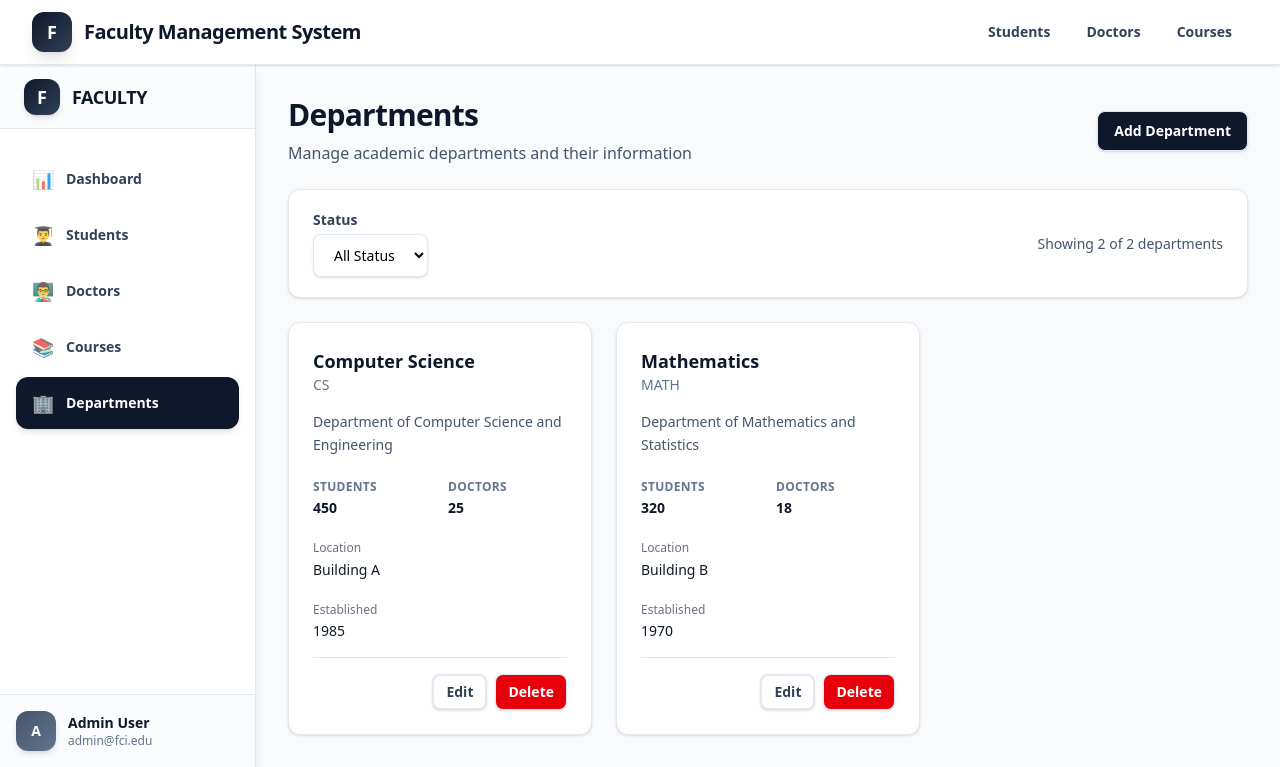
Repository: Mohamedmohsen179/Advanced-DB-Task
Page: /departments (app in frontend/)
An editor plug-in stored every save of this project. The page is shown before and after the next save, followed by the edit.
The browser window is 1280 px wide. The pictures show the whole page.
The page's requests for data from a server got no answer. The project was rebuilt for these pictures with package versions that can differ from the ones it lists, and the page was loaded fresh each time. The framework's server and built-in components were replaced by stand-ins that run in the browser. No one was signed in, and anything a server would have sent is missing. Also part of the build but not shown: frontend/next.config.ts.

Above is the page before, as saved 2025-11-29 01:56:27.

### frontend/app/layout.tsx
import type { Metadata } from "next";
import { Geist, Geist_Mono } from "next/font/google";
import "./globals.css";
import MainLayout from "../components/layout/MainLayout";

const geistSans = Geist({
  variable: "--font-geist-sans",
  subsets: ["latin"],
});

const geistMono = Geist_Mono({
  variable: "--font-geist-mono",
  subsets: ["latin"],
});

export const metadata: Metadata = {
  title: "University Management System",
  description: "A comprehensive university management system built with Next.js and TypeScript",
};

export default function RootLayout({
  children,
}: Readonly<{
  children: React.ReactNode;
}>) {
  return (
    <html lang="en">
      <body
        className={`${geistSans.variable} ${geistMono.variable} antialiased`}
      >
        <MainLayout>{children}</MainLayout>
      </body>
    </html>
  );
}

### frontend/app/departments/page.tsx
import DepartmentsContainer from '../../containers/DepartmentsContainer';

export default function DepartmentsPage() {
  return <DepartmentsContainer />;
}

### frontend/app/globals.css
@import "tailwindcss";

:root {
  --background: #fafafa;
  --foreground: #0f172a;
  --primary: #2563eb;
  --primary-foreground: #ffffff;
  --secondary: #f1f5f9;
  --secondary-foreground: #334155;
  --muted: #f8fafc;
  --muted-foreground: #64748b;
  --accent: #f1f5f9;
  --accent-foreground: #0f172a;
  --border: #e2e8f0;
  --input: #ffffff;
  --ring: #2563eb;
  --radius: 0.5rem;
}

@theme inline {
  --color-background: var(--background);
  --color-foreground: var(--foreground);
  --font-sans: var(--font-geist-sans);
  --font-mono: var(--font-geist-mono);
}

@media (prefers-color-scheme: dark) {
  :root {
    --background: #020617;
    --foreground: #f8fafc;
    --primary: #3b82f6;
    --primary-foreground: #f8fafc;
    --secondary: #1e293b;
    --secondary-foreground: #f8fafc;
    --muted: #1e293b;
    --muted-foreground: #94a3b8;
    --accent: #1e293b;
    --accent-foreground: #f8fafc;
    --border: #334155;
    --input: #1e293b;
    --ring: #3b82f6;
  }
}

* {
  border-color: var(--border);
}

body {
  background: var(--background);
  color: var(--foreground);
  font-family: var(--font-sans), system-ui, -apple-system, sans-serif;
  line-height: 1.6;
  -webkit-font-smoothing: antialiased;
  -moz-osx-font-smoothing: grayscale;
}

::-webkit-scrollbar {
  width: 8px;
  height: 8px;
}

::-webkit-scrollbar-track {
  background: var(--muted);
}

::-webkit-scrollbar-thumb {
  background: var(--muted-foreground);
  border-radius: 4px;
}

::-webkit-scrollbar-thumb:hover {
  background: var(--foreground);
}

/* Focus styles */
.focus-visible {
  outline: 2px solid var(--ring);
  outline-offset: 2px;
}

/* Professional shadows */
.shadow-professional {
  box-shadow: 0 1px 3px 0 rgb(0 0 0 / 0.1), 0 1px 2px -1px rgb(0 0 0 / 0.1);
}

.shadow-professional-lg {
  box-shadow: 0 10px 15px -3px rgb(0 0 0 / 0.1), 0 4px 6px -4px rgb(0 0 0 / 0.1);
}

### frontend/components/layout/MainLayout.tsx
'use client';

import { useState } from 'react';
import Navbar from './Navbar';
import Sidebar from './Sidebar';

interface MainLayoutProps {
  children: React.ReactNode;
}

export default function MainLayout({ children }: MainLayoutProps) {
  const [sidebarOpen, setSidebarOpen] = useState(false);

  return (
    <div className="min-h-screen bg-slate-50">
      <Navbar />

      <div className="flex">
        <Sidebar
          isOpen={sidebarOpen}
          onClose={() => setSidebarOpen(false)}
        />

        <div className="flex-1 lg:ml-0">
          <div className="lg:hidden">
            <button
              onClick={() => setSidebarOpen(true)}
              className="fixed top-20 left-4 z-10 bg-white p-3 rounded-xl shadow-professional border border-slate-200 hover:shadow-professional-lg transition-all duration-200"
            >
              <svg className="w-5 h-5 text-slate-600" fill="none" stroke="currentColor" viewBox="0 0 24 24">
                <path strokeLinecap="round" strokeLinejoin="round" strokeWidth={2} d="M4 6h16M4 12h16M4 18h16" />
              </svg>
            </button>
          </div>

          <main className="p-6 lg:p-8">
            <div className="max-w-7xl mx-auto">
              {children}
            </div>
          </main>
        </div>
      </div>
    </div>
  );
}

### frontend/components/layout/Navbar.tsx
'use client';

import Link from 'next/link';
import { useState } from 'react';

export default function Navbar() {
  const [isMenuOpen, setIsMenuOpen] = useState(false);

  return (
    <nav className="bg-white shadow-professional border-b border-slate-200 sticky top-0 z-50 backdrop-blur-sm bg-white">
      <div className="max-w-7xl mx-auto px-4 sm:px-6 lg:px-8">
        <div className="flex justify-between h-16">
          <div className="flex items-center">
            <Link href="/" className="flex-shrink-0 flex items-center group">
              <div className="h-10 w-10 bg-gradient-to-br from-slate-900 to-slate-700 rounded-xl flex items-center justify-center shadow-lg group-hover:shadow-xl transition-all duration-200">
                <span className="text-white font-bold text-lg">F</span>
              </div>
              <span className="ml-3 text-xl font-bold text-slate-900 tracking-tight">
                Faculty Management System
              </span>
            </Link>
          </div>

          <div className="hidden md:flex items-center space-x-1">
            <Link
              href="/students"
              className="text-slate-700 hover:text-slate-900 hover:bg-slate-100 px-4 py-2.5 rounded-lg text-sm font-semibold transition-all duration-200"
            >
              Students
            </Link>

            <Link
              href="/doctors"
              className="text-slate-700 hover:text-slate-900 hover:bg-slate-100 px-4 py-2.5 rounded-lg text-sm font-semibold transition-all duration-200"
            >
              Doctors
            </Link>
            <Link
              href="/courses"
              className="text-slate-700 hover:text-slate-900 hover:bg-slate-100 px-4 py-2.5 rounded-lg text-sm font-semibold transition-all duration-200"
            >
              Courses
            </Link>
          </div>

          {/* Mobile menu button */}
          <div className="md:hidden flex items-center">
            <button
              onClick={() => setIsMenuOpen(!isMenuOpen)}
              className="text-slate-700 hover:text-slate-900 hover:bg-slate-100 p-2 rounded-lg focus:outline-none focus:ring-2 focus:ring-slate-500 transition-all duration-200"
            >
              <svg className="h-6 w-6" fill="none" viewBox="0 0 24 24" stroke="currentColor">
                {isMenuOpen ? (
                  <path strokeLinecap="round" strokeLinejoin="round" strokeWidth={2} d="M6 18L18 6M6 6l12 12" />
                ) : (
                  <path strokeLinecap="round" strokeLinejoin="round" strokeWidth={2} d="M4 6h16M4 12h16M4 18h16" />
                )}
              </svg>
            </button>
          </div>
        </div>

        {/* Mobile Navigation */}
        {isMenuOpen && (
          <div className="md:hidden">
            <div className="px-4 pt-4 pb-4 space-y-2 border-t border-slate-200 bg-slate-50/50">
              <Link
                href="/students"
                className="text-slate-700 hover:text-slate-900 hover:bg-white block px-4 py-3 rounded-lg text-base font-semibold transition-all duration-200"
                onClick={() => setIsMenuOpen(false)}
              >
                Students
              </Link>
              <Link
                href="/doctors"
                className="text-slate-700 hover:text-slate-900 hover:bg-white block px-4 py-3 rounded-lg text-base font-semibold transition-all duration-200"
                onClick={() => setIsMenuOpen(false)}
              >
                Doctors
              </Link>
              <Link
                href="/courses"
                className="text-slate-700 hover:text-slate-900 hover:bg-white block px-4 py-3 rounded-lg text-base font-semibold transition-all duration-200"
                onClick={() => setIsMenuOpen(false)}
              >
                Courses
              </Link>

            </div>
          </div>
        )}
      </div>
    </nav>
  );
}

### frontend/components/layout/Sidebar.tsx
'use client';

import Link from 'next/link';
import { usePathname } from 'next/navigation';
import { NavItem } from '../../types';

const navigationItems: NavItem[] = [
  {
    label: 'Dashboard',
    href: '/',
    icon: '📊',
  },
  {
    label: 'Students',
    href: '/students',
    icon: '👨‍🎓',
    children: [
      { label: 'All Students', href: '/students' },
      { label: 'Add Student', href: '/students/new' },
    ],
  },
  {
    label: 'Doctors',
    href: '/doctors',
    icon: '👨‍🏫',
    children: [
      { label: 'All Doctors', href: '/doctors' },
      { label: 'Add Doctor', href: '/doctors/new' },
    ],
  },
  {
    label: 'Courses',
    href: '/courses',
    icon: '📚',
  },
  {
    label: 'Departments',
    href: '/departments',
    icon: '🏢',
  },
];

interface SidebarProps {
  isOpen?: boolean;
  onClose?: () => void;
}

export default function Sidebar({ isOpen = true, onClose }: SidebarProps) {
  const pathname = usePathname();

  const isActiveLink = (href: string) => {
    if (href === '/') {
      return pathname === '/';
    }
    return pathname.startsWith(href);
  };

  return (
    <>
      {/* Mobile overlay */}
      {isOpen && (
        <div
          className="fixed inset-0 z-20 bg-black bg-opacity-50 lg:hidden"
          onClick={onClose}
        />
      )}

      <div
        className={`
          fixed inset-y-0 left-0 z-30 w-64 bg-white shadow-professional-lg border-r border-slate-200 transform transition-transform duration-300 ease-in-out lg:translate-x-0 lg:static lg:inset-0
          ${isOpen ? 'translate-x-0' : '-translate-x-full'}
        `}
      >
        <div className="flex flex-col h-full">
          <div className="flex items-center justify-between h-16 px-6 border-b border-slate-200 bg-slate-50/50">
            <Link href="/" className="flex items-center group">
              <div className="h-9 w-9 bg-gradient-to-br from-slate-900 to-slate-700 rounded-xl flex items-center justify-center shadow-md group-hover:shadow-lg transition-all duration-200">
                <span className="text-white font-bold text-lg">F</span>
              </div>
              <span className="ml-3 text-lg font-bold text-slate-900 tracking-tight">
                FACULTY
              </span>
            </Link>
            <button
              onClick={onClose}
              className="lg:hidden text-slate-500 hover:text-slate-700 hover:bg-slate-100 p-1.5 rounded-lg transition-all duration-200"
            >
              <svg className="w-6 h-6" fill="none" stroke="currentColor" viewBox="0 0 24 24">
                <path strokeLinecap="round" strokeLinejoin="round" strokeWidth={2} d="M6 18L18 6M6 6l12 12" />
              </svg>
            </button>
          </div>

          <nav className="flex-1 px-4 py-6 space-y-1 overflow-y-auto">
            {navigationItems.map((item) => (
              <div key={item.href}>
                <Link
                  href={item.href}
                  className={`
                    flex items-center px-4 py-3 text-sm font-semibold rounded-xl transition-all duration-200 group
                    ${isActiveLink(item.href)
                      ? 'bg-slate-900 text-white shadow-md'
                      : 'text-slate-700 hover:bg-slate-100 hover:text-slate-900'
                    }
                  `}
                >
                  <span className="mr-3 text-lg opacity-80 group-hover:opacity-100 transition-opacity">{item.icon}</span>
                  {item.label}
                </Link>

                {item.children && isActiveLink(item.href) && (
                  <div className="ml-8 mt-2 space-y-1">
                    {item.children.map((child) => (
                      <Link
                        key={child.href}
                        href={child.href}
                        className={`
                          block px-4 py-2.5 text-sm font-medium rounded-lg transition-all duration-200
                          ${pathname === child.href
                            ? 'bg-slate-100 text-slate-900 shadow-sm'
                            : 'text-slate-600 hover:bg-slate-50 hover:text-slate-900'
                          }
                        `}
                      >
                        {child.label}
                      </Link>
                    ))}
                  </div>
                )}
              </div>
            ))}
          </nav>

          {/* Footer */}
          <div className="p-4 border-t border-slate-200 bg-slate-50/50">
            <div className="flex items-center">
              <div className="flex-shrink-0">
                <div className="w-10 h-10 bg-gradient-to-br from-slate-600 to-slate-500 rounded-xl flex items-center justify-center shadow-md">
                  <span className="text-sm font-bold text-white">A</span>
                </div>
              </div>
              <div className="ml-3">
                <p className="text-sm font-semibold text-slate-900">Admin User</p>
                <p className="text-xs text-slate-500">admin@fci.edu</p>
              </div>
            </div>
          </div>
        </div>
      </div>
    </>
  );
}

### frontend/components/ui/Card.tsx
import { HTMLAttributes, forwardRef } from 'react';

interface CardProps extends HTMLAttributes<HTMLDivElement> {
  children: React.ReactNode;
}

const Card = forwardRef<HTMLDivElement, CardProps>(
  ({ className = '', children, ...props }, ref) => {
    return (
      <div
        ref={ref}
        className={`bg-white rounded-xl border border-slate-200 shadow-professional hover:shadow-professional-lg transition-shadow duration-200 ${className}`}
        {...props}
      >
        {children}
      </div>
    );
  }
);

Card.displayName = 'Card';

interface CardHeaderProps extends HTMLAttributes<HTMLDivElement> {
  children: React.ReactNode;
}

const CardHeader = forwardRef<HTMLDivElement, CardHeaderProps>(
  ({ className = '', children, ...props }, ref) => {
    return (
      <div
        ref={ref}
        className={`px-6 py-5 border-b border-slate-200 bg-slate-50/50 rounded-t-xl ${className}`}
        {...props}
      >
        {children}
      </div>
    );
  }
);

CardHeader.displayName = 'CardHeader';

interface CardContentProps extends HTMLAttributes<HTMLDivElement> {
  children: React.ReactNode;
}

const CardContent = forwardRef<HTMLDivElement, CardContentProps>(
  ({ className = '', children, ...props }, ref) => {
    return (
      <div
        ref={ref}
        className={`px-6 py-5 ${className}`}
        {...props}
      >
        {children}
      </div>
    );
  }
);

CardContent.displayName = 'CardContent';

interface CardFooterProps extends HTMLAttributes<HTMLDivElement> {
  children: React.ReactNode;
}

const CardFooter = forwardRef<HTMLDivElement, CardFooterProps>(
  ({ className = '', children, ...props }, ref) => {
    return (
      <div
        ref={ref}
        className={`px-6 py-5 border-t border-slate-200 bg-slate-50 rounded-b-xl ${className}`}
        {...props}
      >
        {children}
      </div>
    );
  }
);

CardFooter.displayName = 'CardFooter';

export { Card, CardHeader, CardContent, CardFooter };

### frontend/components/ui/Button.tsx
import { ButtonHTMLAttributes, forwardRef } from 'react';

interface ButtonProps extends ButtonHTMLAttributes<HTMLButtonElement> {
  variant?: 'primary' | 'secondary' | 'danger' | 'outline';
  size?: 'sm' | 'md' | 'lg';
  loading?: boolean;
}

const Button = forwardRef<HTMLButtonElement, ButtonProps>(
  ({ className = '', variant = 'primary', size = 'md', loading = false, children, disabled, ...props }, ref) => {
    const baseClasses = 'inline-flex items-center justify-center font-semibold rounded-lg transition-all duration-200 focus:outline-none focus:ring-2 focus:ring-offset-2 disabled:opacity-50 disabled:cursor-not-allowed shadow-sm hover:shadow-md active:scale-[0.98]';

    const variantClasses = {
      primary: 'bg-slate-900 text-white hover:bg-slate-800 focus:ring-slate-500 border border-slate-900',
      secondary: 'bg-slate-100 text-slate-900 hover:bg-slate-200 focus:ring-slate-500 border border-slate-200',
      danger: 'bg-red-600 text-white hover:bg-red-700 focus:ring-red-500 border border-red-600',
      outline: 'border-2 border-slate-300 text-slate-700 bg-white hover:bg-slate-50 hover:border-slate-400 focus:ring-slate-500',
    };

    const sizeClasses = {
      sm: 'px-3 py-2 text-sm h-9',
      md: 'px-4 py-2.5 text-sm h-10',
      lg: 'px-6 py-3 text-base h-12',
    };

    return (
      <button
        ref={ref}
        className={`${baseClasses} ${variantClasses[variant]} ${sizeClasses[size]} ${className}`}
        disabled={disabled || loading}
        {...props}
      >
        {loading && (
          <svg className="animate-spin -ml-1 mr-2 h-4 w-4" fill="none" viewBox="0 0 24 24">
            <circle className="opacity-25" cx="12" cy="12" r="10" stroke="currentColor" strokeWidth="4" />
            <path className="opacity-75" fill="currentColor" d="M4 12a8 8 0 018-8V0C5.373 0 0 5.373 0 12h4zm2 5.291A7.962 7.962 0 014 12H0c0 3.042 1.135 5.824 3 7.938l3-2.647z" />
          </svg>
        )}
        {children}
      </button>
    );
  }
);

Button.displayName = 'Button';

export default Button;

### frontend/components/departments/DepartmentCard.tsx
'use client';

import Link from 'next/link';
import { Department } from '../../types';
import Button from '../ui/Button';

interface DepartmentCardProps {
  department: Department;
  onEdit?: (department: Department) => void;
  onDelete?: (departmentId: string) => void;
}

export default function DepartmentCard({ department, onEdit, onDelete }: DepartmentCardProps) {

  return (
    <div className="bg-white rounded-xl border border-slate-200 shadow-professional hover:shadow-professional-lg transition-all duration-300 hover:-translate-y-1">
      <div className="p-6">
        <div className="flex items-start justify-between mb-4">
          <div>
            <h3 className="text-lg font-bold text-slate-900">{department.name}</h3>
            <p className="text-sm font-medium text-slate-500">{department.code}</p>
          </div>
        </div>

        {department.description && (
          <p className="text-sm text-slate-600 mb-4 line-clamp-2 leading-relaxed">{department.description}</p>
        )}

        <div className="grid grid-cols-2 gap-4 mb-4">
          <div>
            <span className="text-xs font-semibold text-slate-500 uppercase tracking-wide">Students</span>
            <p className="text-sm font-semibold text-slate-900">{department.studentCount}</p>
          </div>
          <div>
            <span className="text-xs font-semibold text-slate-500 uppercase tracking-wide">Doctors</span>
            <p className="text-sm font-semibold text-slate-900">{department.facultyCount}</p>
          </div>
          {department.location && (
            <div className="col-span-2">
              <span className="text-xs font-medium text-gray-500">Location</span>
              <p className="text-sm text-gray-900">{department.location}</p>
            </div>
          )}
        </div>

        {department.establishedDate && (
          <div className="mb-4">
            <span className="text-xs font-medium text-gray-500">Established</span>
            <p className="text-sm text-gray-900">
              {new Date(department.establishedDate).getFullYear()}
            </p>
          </div>
        )}

        {/* Actions */}
        <div className="flex justify-between items-center pt-4 border-t border-slate-100">
          <Link
            href={`/departments/${department.id}`}
            className="text-slate-600 hover:text-slate-900 text-sm font-semibold transition-colors duration-200"
          >
          </Link>
          <div className="flex space-x-2">
            {onEdit && (
              <Button
                size="sm"
                variant="outline"
                onClick={() => onEdit(department)}
              >
                Edit
              </Button>
            )}
            {onDelete && (
              <Button
                size="sm"
                variant="danger"
                onClick={() => onDelete(department.id)}
              >
                Delete
              </Button>
            )}
          </div>
        </div>
      </div>
    </div>
  );
}

Loaded but not shown: frontend/services/api.ts (635 lines, source omitted); frontend/containers/DepartmentsContainer.tsx (185 lines, source omitted)

After the next save:
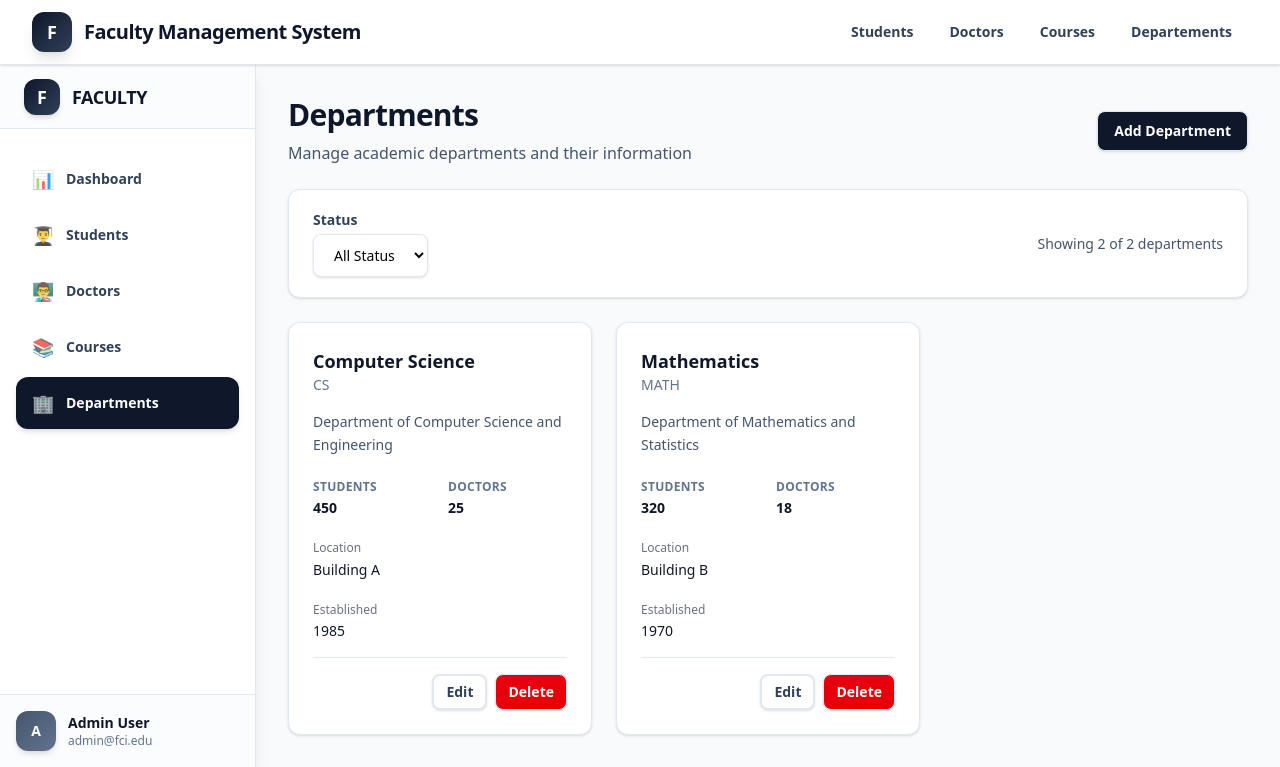
Saved 6 min 41 s later.
--- a/frontend/components/layout/Navbar.tsx
+++ b/frontend/components/layout/Navbar.tsx
@@ -40,6 +40,13 @@ export default function Navbar() {
               className="text-slate-700 hover:text-slate-900 hover:bg-slate-100 px-4 py-2.5 rounded-lg text-sm font-semibold transition-all duration-200"
             >
               Courses
+            </Link>
+
+            <Link
+              href="/departments"
+              className="text-slate-700 hover:text-slate-900 hover:bg-slate-100 px-4 py-2.5 rounded-lg text-sm font-semibold transition-all duration-200"
+            >
+              Departements
             </Link>
           </div>
 
